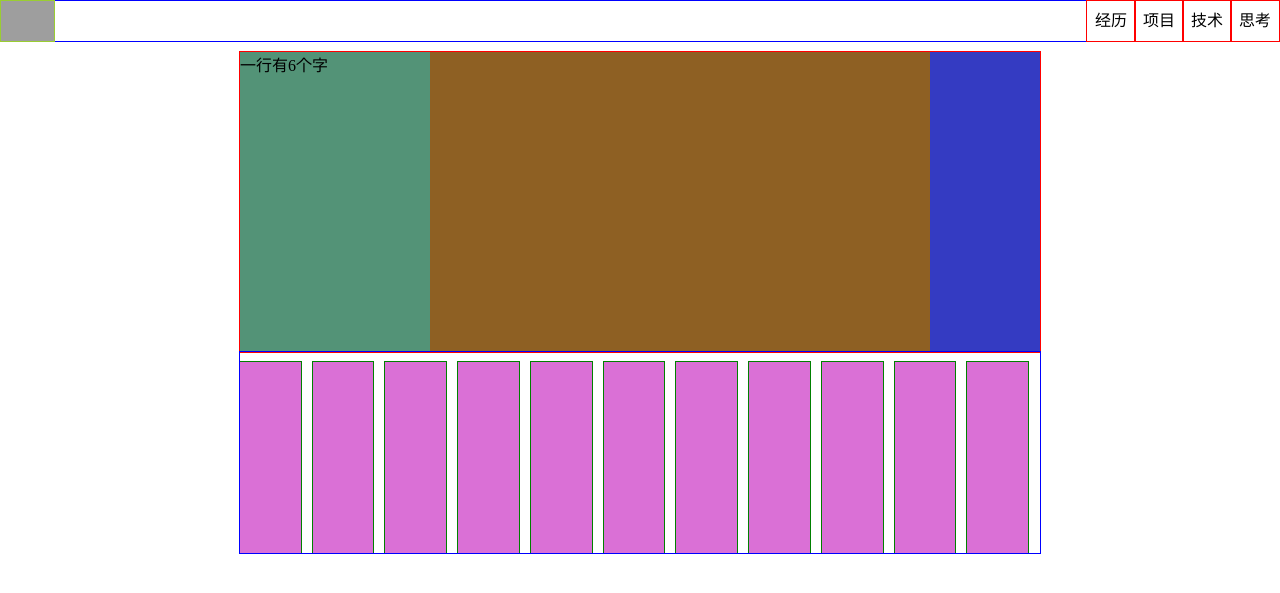
Repository: Lixianlai-2/Css-practice
Page: flex布局/index.html
These files come from the project's save history. The page is drawn as it stood at one moment and after the next save; the edit follows.
The browser window is 1280 px wide. The pictures show the whole page.
Pictures or frames that could not be fetched are drawn as grey boxes.

Above is the page before, as saved 2021-12-04 11:04:41.

### flex布局/index.html
<!DOCTYPE html>
<html>
  <head>
    <meta charset="utf-8" />
    <link rel="stylesheet" href="style.css" />
    <title>float浮动</title>
  </head>

  <body>
    <header>
      <div class="logo">
        <img
          src="https://avatars.githubusercontent.com/u/23273345?v=4"
          alt="头像"
        />
      </div>
      <ul>
        <li>经历</li>
        <li>项目</li>
        <li>技术</li>
        <li>思考</li>
      </ul>
    </header>
    <div class="content">
      <aside>一行有6个字</aside>
      <main></main>
      <div class="ad"></div>
    </div>

    <div class="imageList">
      <div class="image"></div>
      <div class="image"></div>
      <div class="image"></div>
      <div class="image"></div>
      <div class="image"></div>
      <div class="image"></div>
      <div class="image"></div>
      <div class="image"></div>
      <div class="image"></div>
      <div class="image"></div>
      <div class="image"></div>
    </div>
  </body>
</html>

### flex布局/style.css
* {
  margin: 0;
  padding: 0;
  box-sizing: border-box;
}

img {
  max-width: 100%;
}

ul,
ol {
  list-style: none;
}

header {
  border: 1px solid blue;
}

ul,
ol {
  list-style: none;
}

.logo {
  display: inline-block;
  outline: 1px solid yellowgreen;
  justify-content: flex-start;
  /* height: 40px; */
}

header {
  display: flex;
  justify-content: space-between;
}

.logo > img {
  height: 40px;
  vertical-align: middle;
}

ul > li {
  outline: 1px solid red;
  line-height: 32px;
  padding: 4px 0.5em;
}

ul {
  display: flex;
  /* 必须让其浮动，也让logo浮动，才能让其父容器完全贴合 */
}

.content {
  /* 不占据空间，绘制于元素内容周围 */
  display: flex;
  outline: 1px solid red;
  width: 800px;
  margin-top: 10px;
  margin-left: auto;
  margin-right: auto;
}

.content > aside {
  width: 190px;
  height: 300px;

  background-color: rgb(83, 147, 119);
}

.content > main {
  height: 300px;
  width: 500px;

  background-color: rgb(142, 96, 35);
}

.content > .ad {
  width: 110px;
  height: 300px;

  background-color: rgb(52, 59, 194);
}

.imageList {
  display: flex;
  justify-content: space-between;
  outline: 1px solid blue;
  width: 800px;
  margin-left: auto;
  margin-right: auto;
}

.image {
  outline: 1px solid green;
  background-color: orchid;
  width: 191px;
  height: 191px;
  margin-top: 10px;
  margin-right: 12px;
}

After the next save:
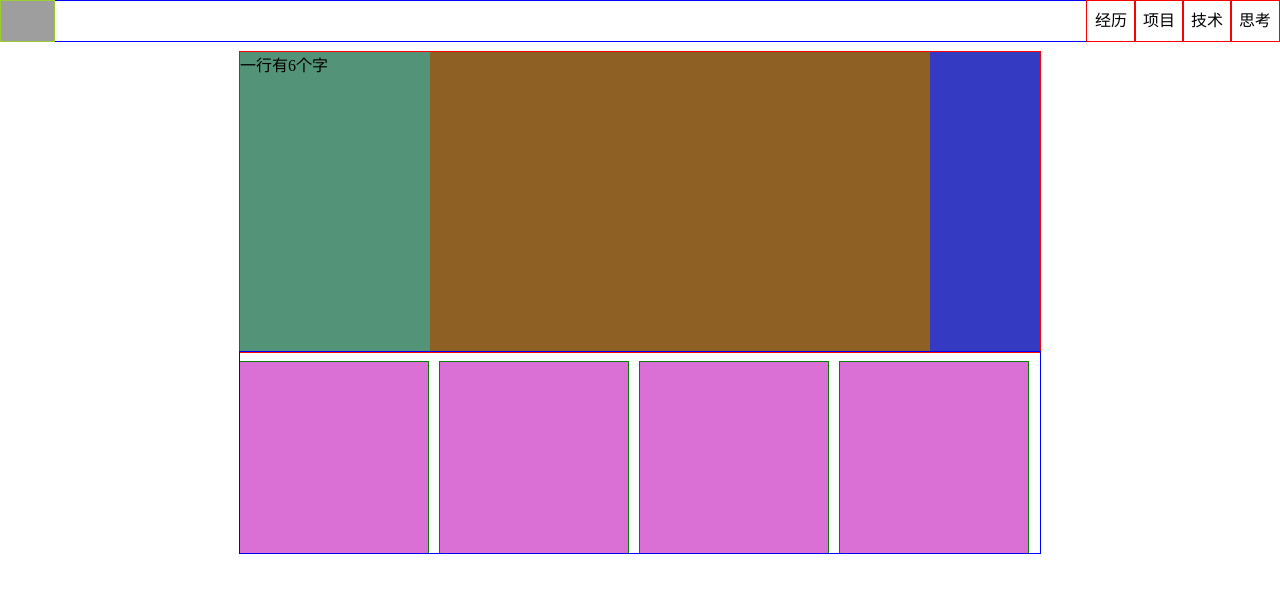
Saved 20 s later.
--- a/flex布局/index.html
+++ b/flex布局/index.html
@@ -32,13 +32,6 @@
       <div class="image"></div>
       <div class="image"></div>
       <div class="image"></div>
-      <div class="image"></div>
-      <div class="image"></div>
-      <div class="image"></div>
-      <div class="image"></div>
-      <div class="image"></div>
-      <div class="image"></div>
-      <div class="image"></div>
     </div>
   </body>
 </html>
